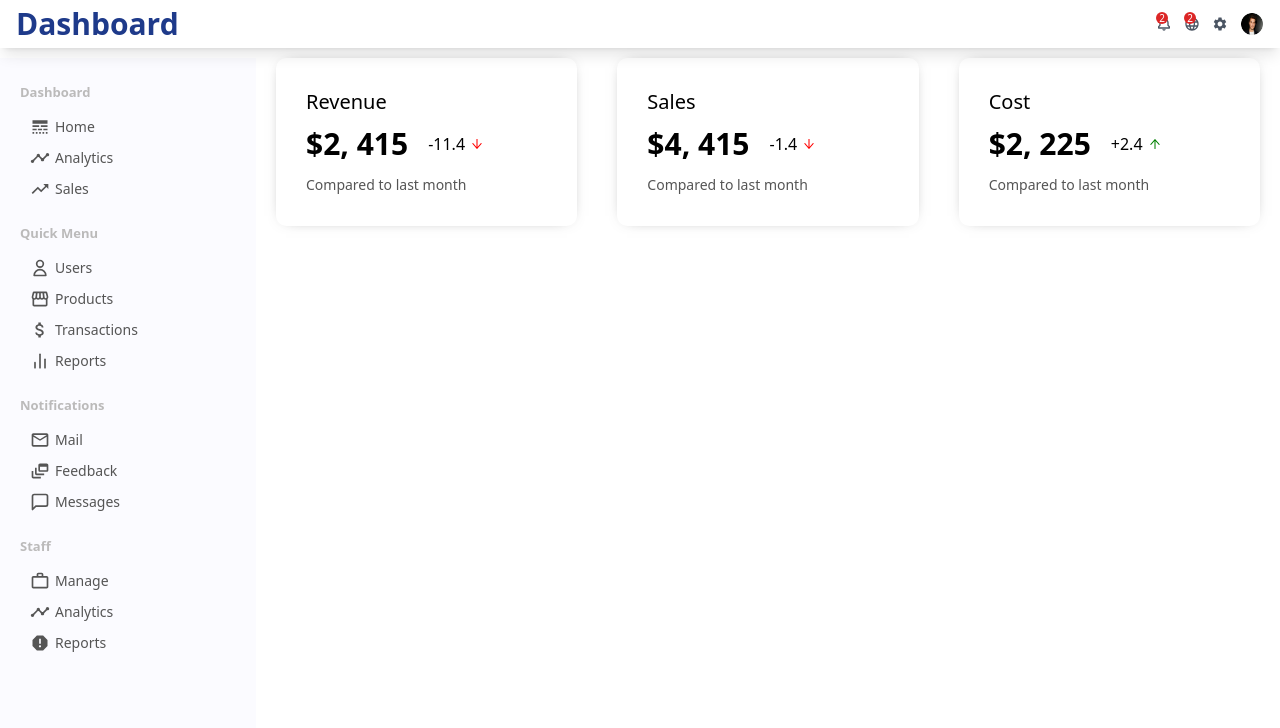
Repository: nation430/React-AdminDashboard
Page: /
The author's editor kept a copy of each file at every save. The page is drawn from the files as they stood at one save, then again after a run of saves.
The browser window is 1280 px wide. The pictures show the whole page.
The project was rebuilt for these pictures with package versions that can differ from the ones it lists, and the page was loaded fresh each time.

Above is the page before, as saved 2022-08-18 15:28:33.

After the next 2 saves:
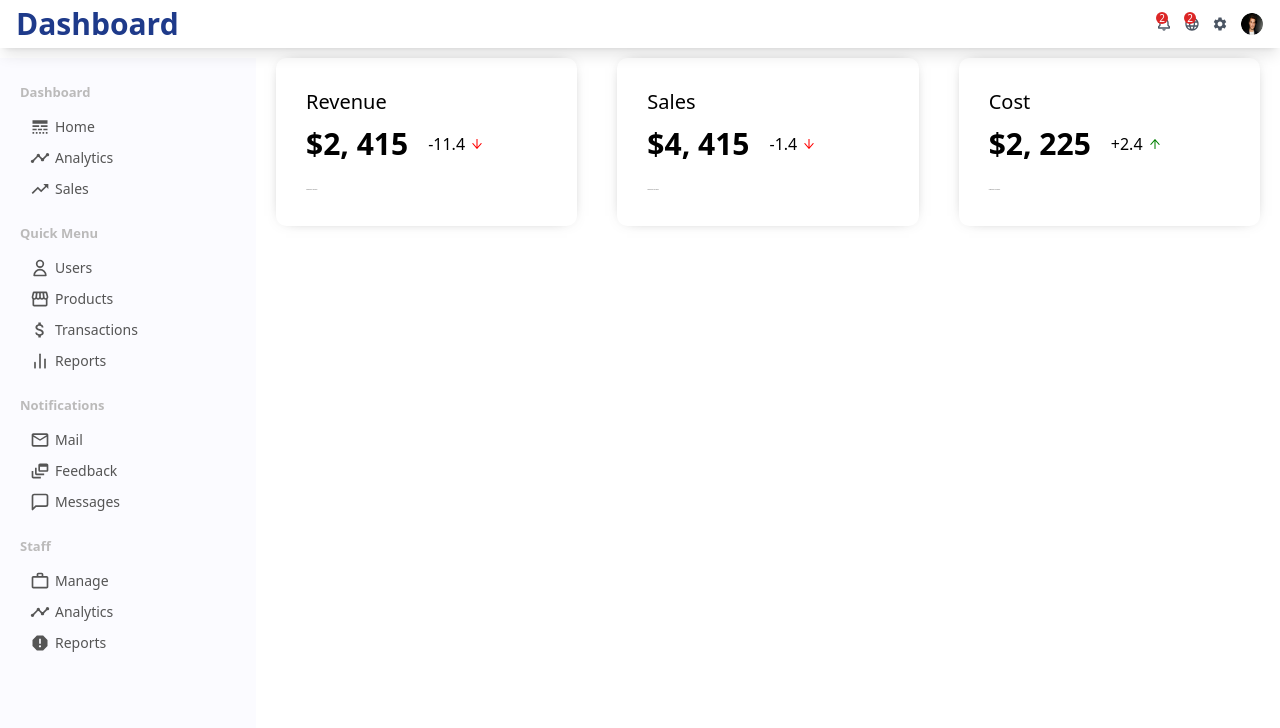
The 2 saves are shown as one change because they came seconds apart.
The last was saved 7 s later.
--- a/src/featuredInfo/featuredInfo.css
+++ b/src/featuredInfo/featuredInfo.css
@@ -30,6 +30,6 @@
 
 
 .featuredSub{
-    font-size: 14px;
+    font-size: 1px;
     color:#555;
 }

After the save that followed:
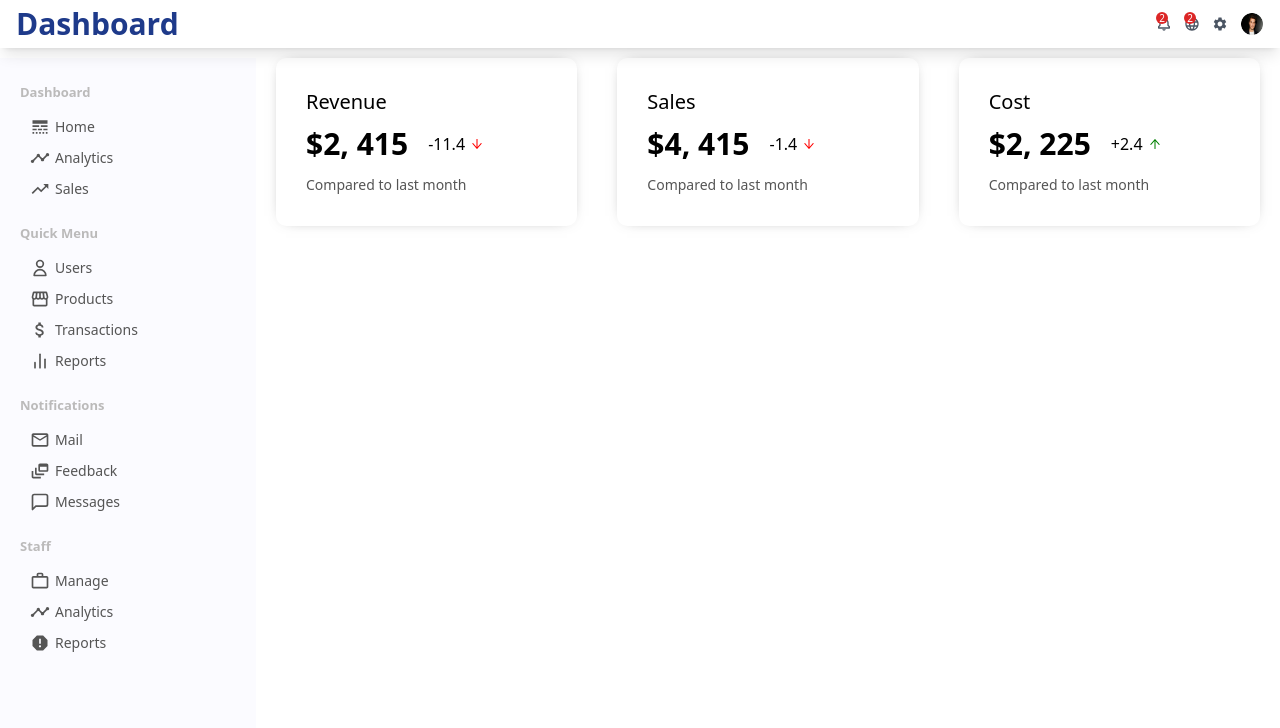
Saved 6 s later.
--- a/src/featuredInfo/featuredInfo.css
+++ b/src/featuredInfo/featuredInfo.css
@@ -30,6 +30,6 @@
 
 
 .featuredSub{
-    font-size: 1px;
+    font-size: 14px;
     color:#555;
 }
